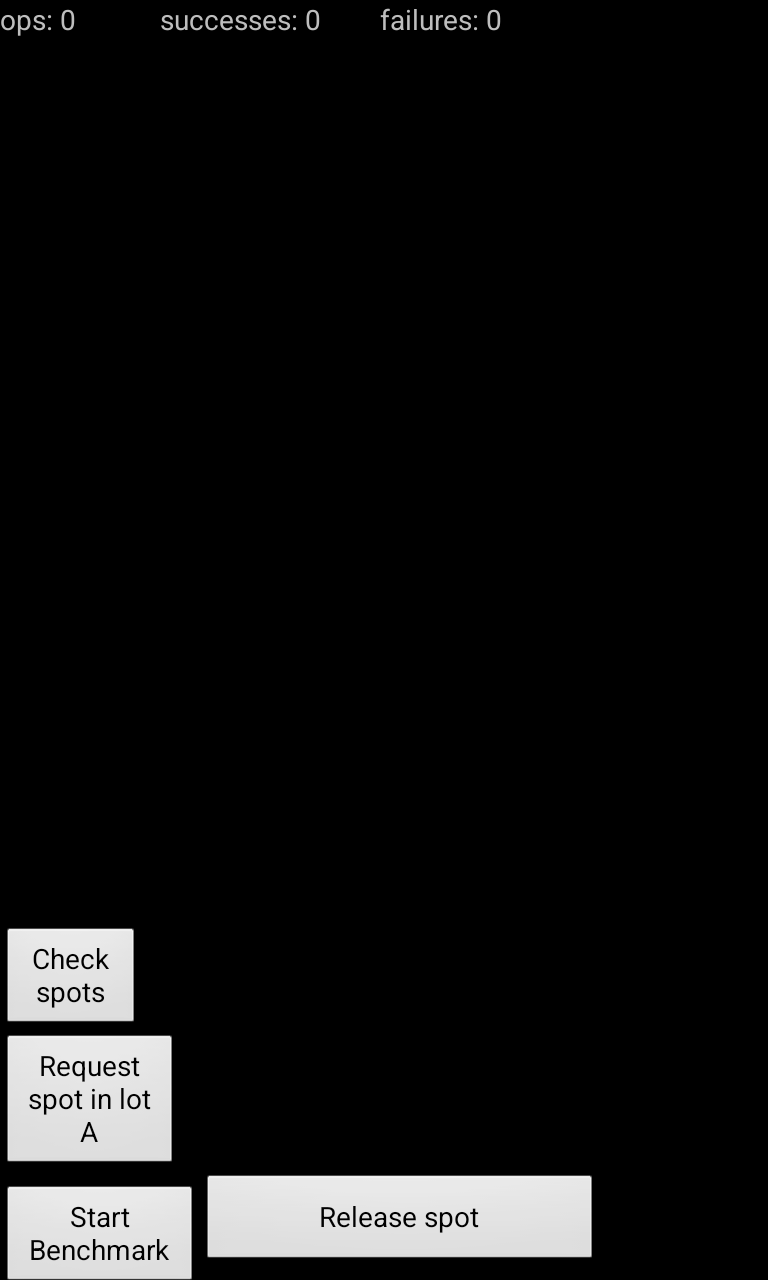
Repository: jasongao/csmcode
Layout: current/workspace/SMCloud/res/layout/main.xml
An editor plug-in stored every save of this project. The layout is shown before and after a run of saves, followed by the edit.
It is drawn on a 768 x 1280 px phone screen (xhdpi) without system bars, with theme android:Theme; the app's code is not run. Lists and similar views that code fills are empty.

Above is the layout before, as saved 2011-07-14 16:15:45.

After the next 2 saves:
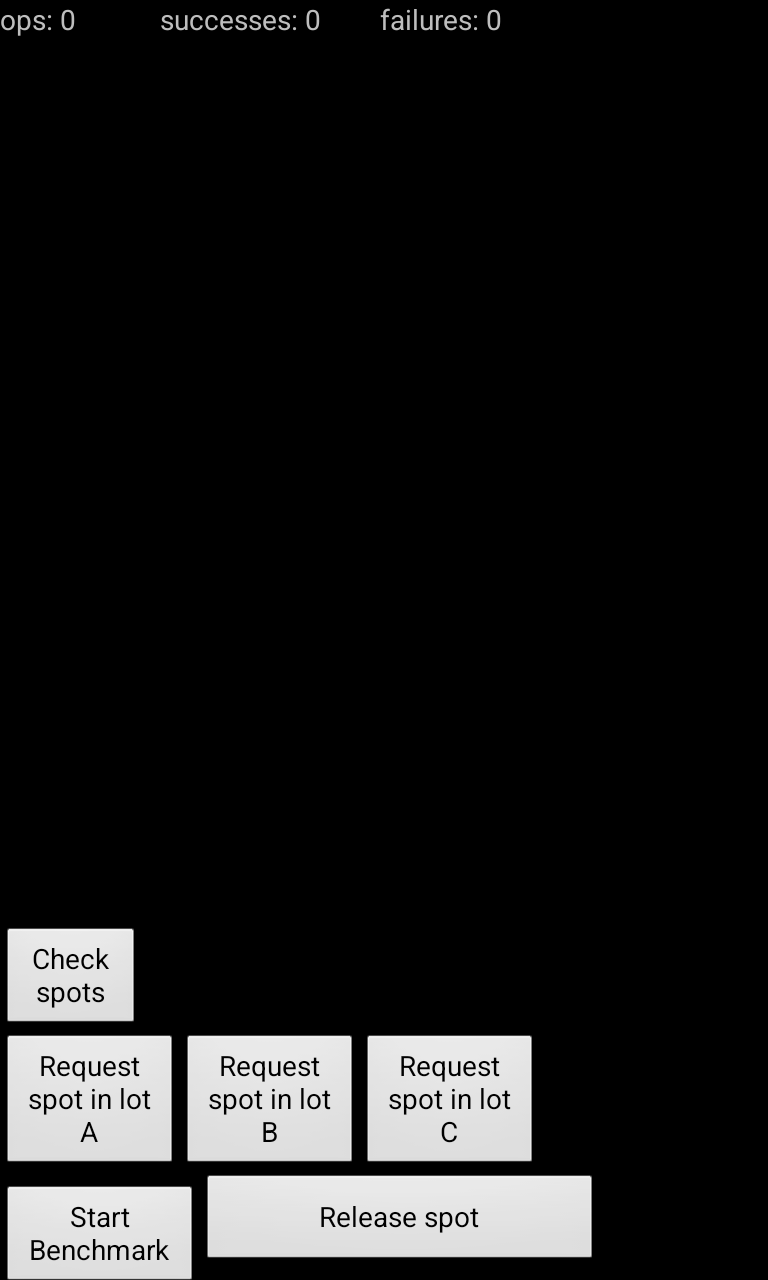
The 2 saves are shown as one change because they came seconds apart.
The last was saved 15 s later.
--- a/current/workspace/SMCloud/res/layout/main.xml
+++ b/current/workspace/SMCloud/res/layout/main.xml
@@ -30,7 +30,13 @@
 		android:id="@+id/RequestSpotLayout">
 		<Button android:layout_height="wrap_content"
 			android:layout_width="90dip" android:text="Request spot in lot A"
-			android:id="@+id/requestparking_button"></Button>
+			android:id="@+id/requestparkingA_button"></Button>
+		<Button android:layout_height="wrap_content"
+			android:layout_width="90dip" android:text="Request spot in lot B"
+			android:id="@+id/requestparkingA_button"></Button>
+		<Button android:layout_height="wrap_content"
+			android:layout_width="90dip" android:text="Request spot in lot C"
+			android:id="@+id/requestparkingA_button"></Button>
 	</LinearLayout>
 
 	<LinearLayout android:layout_width="fill_parent"
